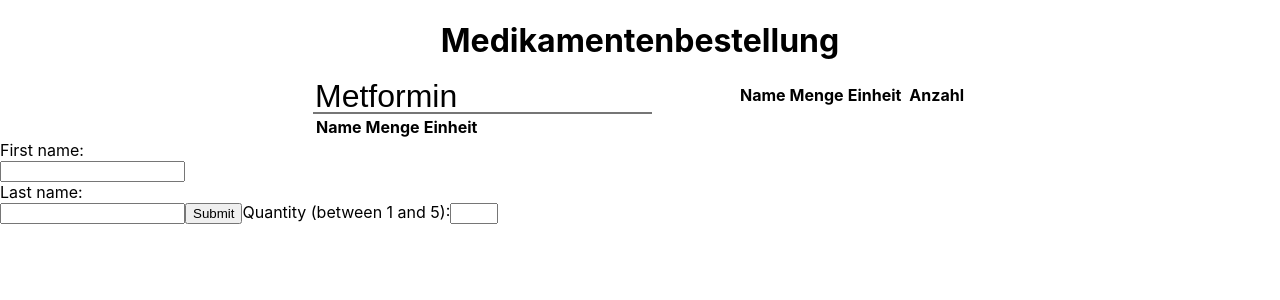
Repository: Esatollah/MedDemo
Page: / (app in client/)
The author's editor kept a copy of each file at every save. The page is drawn from the files as they stood at one save, then again after the next save.
The browser window is 1280 px wide. The pictures show the whole page.
The page's requests for data from a server got no answer. The project was rebuilt for these pictures with package versions that can differ from the ones it lists, and the page was loaded fresh each time. No one was signed in, and anything a server would have sent is missing. Also part of the build but not shown: client/src/App.css.

Above is the page before, as saved 2022-06-02 16:15:03.

After the next save:
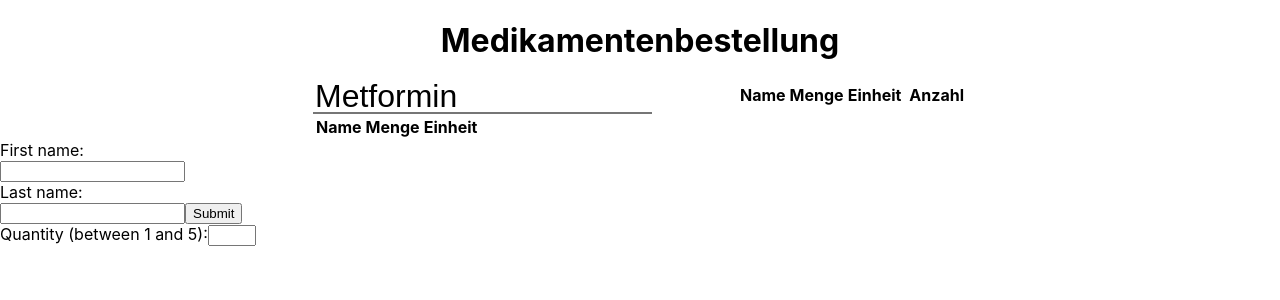
Saved 9 min 16 s later.
--- a/client/src/components/Form.jsx
+++ b/client/src/components/Form.jsx
@@ -8,7 +8,7 @@ const Form = props => {
             <input type="text" id="fname" name="fname" /><br/>
             <label for="lname">Last name:</label><br />
             <input type="text" id="lname" name="lname" />
-            <input type="submit" value="Submit"></input>
+            <input type="submit" value="Submit"></input><br />
             <label for="quantity">Quantity (between 1 and 5):</label>
             <input type="number" id="quantity" name="quantity" min="4" max="4"></input>
         </form>
